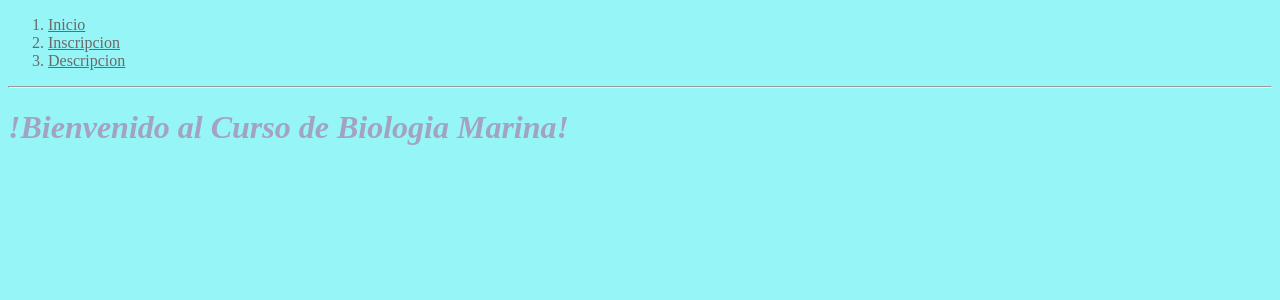
Repository: Arito05/Mi-primer-Repositorio
Page: nuevo/inicio.html
The author's editor kept a copy of each file at every save. The page is drawn from the files as they stood at one save, then again after the next save.
The browser window is 1280 px wide. The pictures show the whole page.

Above is the page before, as saved 2024-07-20 11:26:45.

After the next save:
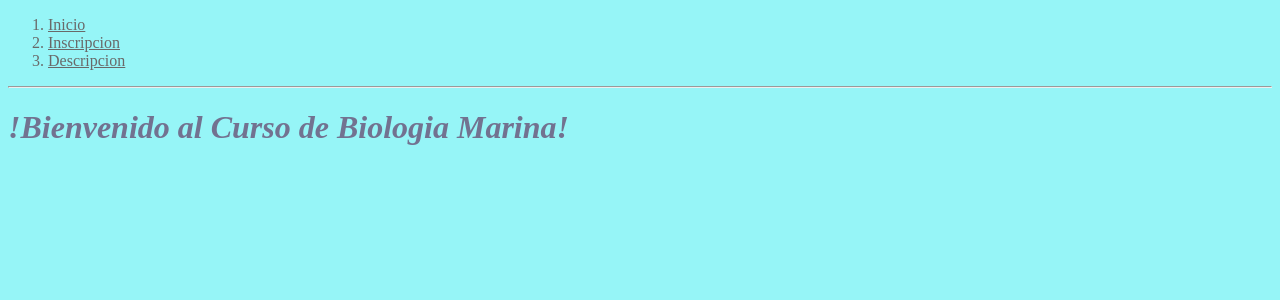
Saved 13 s later.
--- a/nuevo/inicio.html
+++ b/nuevo/inicio.html
@@ -20,6 +20,6 @@
     </ol>
     <hr style="color: white" />
 
-    <h1 style="color: rgb(163, 163, 193);"><i>!Bienvenido al Curso de Biologia Marina!</i></h1>
+    <h1 style="color: rgb(114, 114, 144);"><i>!Bienvenido al Curso de Biologia Marina!</i></h1>
   </body>
 </html>
